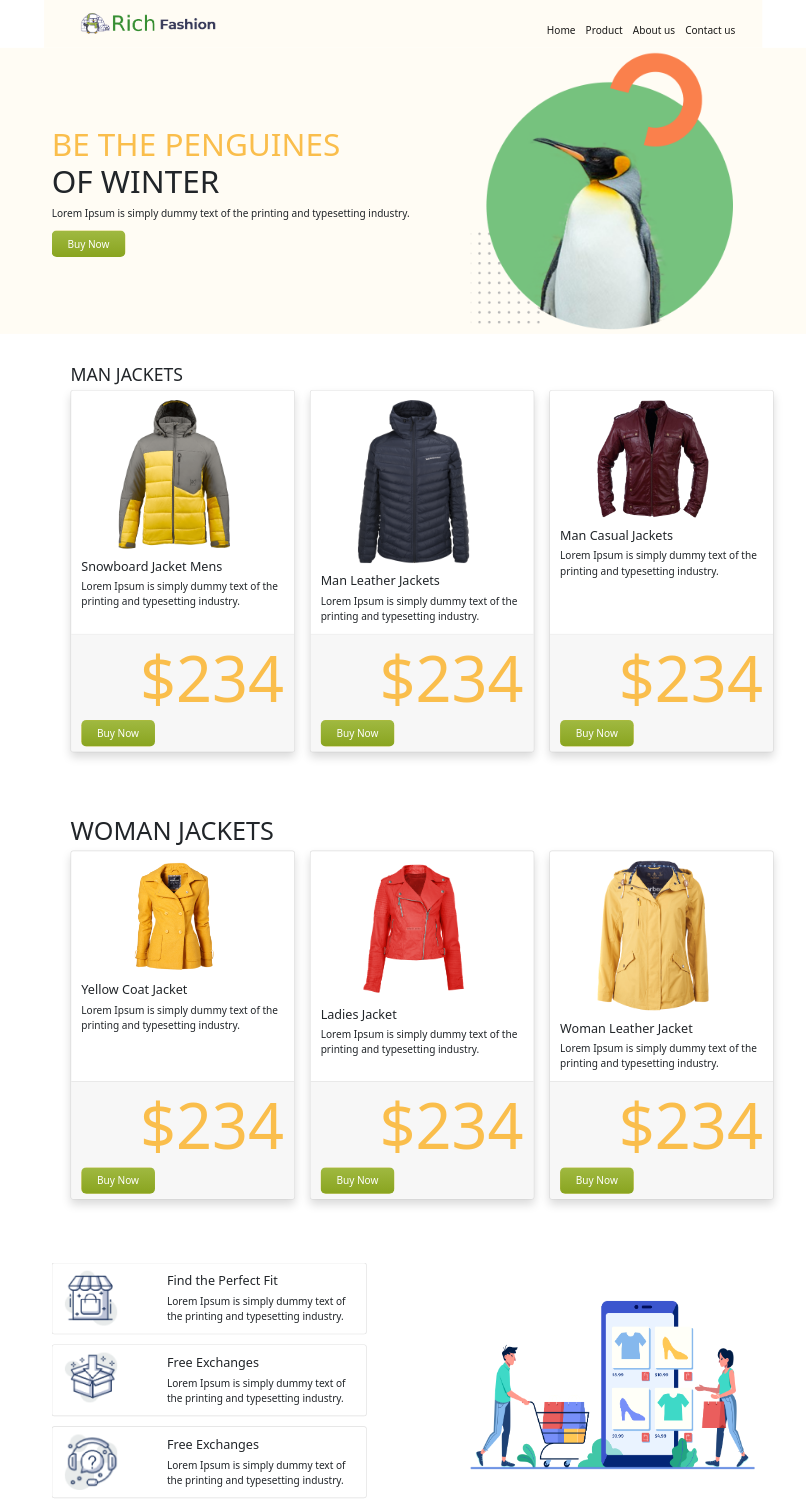
Repository: sabbircse3/fashion
Page: index.html
An editor plug-in stored every save of this project. The page is shown before and after the next save, followed by the edit.
The browser window is 1280 px wide. The pictures show the whole page, at 63% of full size.

Above is the page before, as saved 2021-01-14 04:15:53.

### index.html
<!DOCTYPE html>
<html lang="en">
<head>
    <meta charset="UTF-8">
    <meta name="viewport" content="width=device-width, initial-scale=1.0">
    <title>Rich Fashion</title>

    <link rel="stylesheet" href="css/bootstrap.min.css">
    <style>
        .bg{
            background-color: #fffbf0be;
        }
        #hmenu{
            margin: 20px 0px 0px 500px;
        }
        .half-width{
            width: 35%;
            float: left;
            margin-left: 9%;
            padding-left: 2%;
        }
        .half-width h1{
            margin-top: 150px;
        }
        .half-width img{
            width: 100%;
        }

        h1{
            font-size: 50px;
        }
        h2{
            font-size: 40px;
        }
        .name-highlight{
            color: #FABE4C;
        }
        .names{
            margin:0px 0px 100px 100px;
            position: relative;
            background-color: white;
        }
        .secound{


        }
        .secound-img{
            image-orientation: inherit;

        }
        .h-100 {
    height: 100%!important;
}
.center{
    display: block;
    margin-left:75px;
    margin-top: 15px;
    width: 50%;
}
.img-card-icon{
    margin-left: 20px;
    width: 50%;
    margin-top: 12px;
}
.btn{
    background-image: linear-gradient(to bottom, #A0B941 0%, #89A41F 100%);
    color: #fff;
    border: none;
    border-radius: 8px;
    padding: 9px 25px;
    cursor: pointer;
}
h4{
    position: relative;
    float: right;
    font-size: 100px;
    color: #FABE4C;
}

    </style>
</head>
<body>
    <header class="container bg">

        <nav class="navbar navbar-expand-lg navbar-light ">
            <div class="container-fluid">

              <a class="navbar-brand" href="#"><img src="images/Group 33072.png" alt="" width="250px"></a>

              <button class="navbar-toggler" type="button" data-bs-toggle="collapse" data-bs-target="#navbarNavAltMarkup" aria-controls="navbarNavAltMarkup" aria-expanded="false" aria-label="Toggle navigation">
                <span class="navbar-toggler-icon"></span>
              </button>

              <div class="collapse navbar-collapse hmenu"navbarNavAltMarkup">

                <div  class="navbar-nav" id="hmenu" >
                  <a class="nav-link active" aria-current="page" href="#">Home</a>
                  <a class="nav-link active" href="#">Product</a>
                  <a class="nav-link active" href="#">About us</a>
                  <a class="nav-link active" href="#" tabindex="-1" aria-disabled="true">Contact us</a>
                </div>
              </div>
            </div>
          </nav>
    </header>


    <section class="bg">
    <div class="container ">
        <div id="carouselExampleControls" class="carousel slide orange-bg" data-ride="carousel">
            <div class="carousel-inner">
              <div class="carousel-item active">
                <div class="row align-items-center">
                    <div class="col-md-7">
                        <h1><span class="name-highlight">BE THE PENGUINES <br></span>OF WINTER</h1>
                        <p>Lorem Ipsum is simply dummy text of the printing and typesetting industry.</p>
                        <button class="btn btn-warning">Buy Now</button>
                    </div>
                    <div class="col-md-5">
                        <img src="images/penguin.png" class="d-block w-100" alt="...">
                    </div>
                </div>



            </div>

          </div>
    </div>
</section>

    <section class="mt-5 names container">
        <h3>MAN JACKETS</h3>
        <div class="row row-cols-1 row-cols-md-3 g-4">
            <div class="col">
                <div class="card h-100 shadow">
                    <img src="images/image 11.png" class="card-img-top center" alt="...">
                    <div class="card-body">
                        <h5 class="card-title">Snowboard Jacket Mens</h5>
                        <p class="card-text">Lorem Ipsum is simply dummy text of the printing and typesetting industry.</p>
                    </div>
                    <div class="card-footer">
                        <h4>$234</h4>
                        <button class="btn btn-warning">Buy Now</button>
                    </div>
                </div>
            </div>
            <div class="col">
                <div class="card h-100 shadow">
                    <img src="images/toppng 1.png" class="card-img-top center" alt="...">
                    <div class="card-body">
                        <h5 class="card-title">Man Leather Jackets</h5>
                        <p class="card-text">Lorem Ipsum is simply dummy text of the printing and typesetting industry.</p>
                    </div>
                    <div class="card-footer">
                        <h4>$234</h4>
                        <button class="btn btn-warning">Buy Now</button>
                    </div>
                </div>
            </div>
            <div class="col">
                <div class="card h-100 shadow">
                    <img src="images/vippng 1.png" class="card-img-top center" alt="...">
                    <div class="card-body">
                        <h5 class="card-title">Man Casual Jackets</h5>
                        <p class="card-text">Lorem Ipsum is simply dummy text of the printing and typesetting industry.</p>
                    </div>
                    <div class="card-footer">
                        <h4>$234</h4>
                        <button class="btn btn-warning">Buy Now</button>
                    </div>
                </div>
            </div>
        </div>
    </section>

    <section class="mt-5 names container">
        <h2>WOMAN JACKETS</h2>
        <div class="row row-cols-1 row-cols-md-3 g-4">
            <div class="col">
                <div class="card h-100 shadow">
                    <img src="images/SeekPng 1.png" class="card-img-top center" alt="...">
                    <div class="card-body">
                        <h5 class="card-title">Yellow Coat Jacket</h5>
                        <p class="card-text">Lorem Ipsum is simply dummy text of the printing and typesetting industry.</p>
                    </div>
                    <div class="card-footer">
                        <h4>$234</h4>
                        <button class="btn btn-warning">Buy Now</button>
                    </div>
                </div>
            </div>
            <div class="col">
                <div class="card h-100 shadow">
                    <img src="images/image 15.png" class="card-img-top center" alt="...">
                    <div class="card-body">
                        <h5 class="card-title">Ladies Jacket</h5>
                        <p class="card-text">Lorem Ipsum is simply dummy text of the printing and typesetting industry.</p>
                    </div>
                    <div class="card-footer">
                        <h4>$234</h4>
                        <button class="btn btn-warning">Buy Now</button>
                    </div>
                </div>
            </div>
            <div class="col">
                <div class="card h-100 shadow">
                    <img src="images/PngItem_2597366 1.png" class="card-img-top center" alt="...">
                    <div class="card-body">
                        <h5 class="card-title">Woman Leather Jacket</h5>
                        <p class="card-text">Lorem Ipsum is simply dummy text of the printing and typesetting industry.</p>
                    </div>
                    <div class="card-footer">
                        <h4>$234</h4>
                        <button class="btn btn-warning">Buy Now</button>
                    </div>
                </div>
            </div>
        </div>
    </section>

    <section>
        <div class="container ">
            <div id="carouselExampleControls" class="carousel slide orange-bg" data-ride="carousel">
                <div class="carousel-inner">
                  <div class="carousel-item active">
                    <div class="row align-items-center">
                        <div class="col-md-7">
                            <div class="card mb-3" style="max-width: 500px;">
                                <div class="row g-0">
                                  <div class="col-md-4">
                                    <img src="images/image 12.png" alt="..." width="80px" class="img-card-icon">
                                  </div>
                                  <div class="col-md-8">
                                    <div class="card-body">
                                      <h5 class="card-title">Find the Perfect Fit
                                    </h5>
                                      <p class="card-text">Lorem Ipsum is simply dummy text of the printing and typesetting industry.</p>

                                    </div>
                                  </div>
                                </div>
                              </div>
                              <div class="card mb-3" style="max-width: 500px;">
                                <div class="row g-0">
                                  <div class="col-md-4">
                                    <img src="images/image 13.png" alt="..." width="80px" class="img-card-icon">
                                  </div>
                                  <div class="col-md-8">
                                    <div class="card-body">
                                      <h5 class="card-title">Free Exchanges</h5>
                                      <p class="card-text">Lorem Ipsum is simply dummy text of the printing and typesetting industry.</p>
                                    </div>
                                  </div>
                                </div>
                              </div>
                              <div class="card mb-3" style="max-width: 500px;">
                                <div class="row g-0">
                                  <div class="col-md-4">
                                    <img src="images/image 14.png" alt="..." width="80px" class="img-card-icon">
                                  </div>
                                  <div class="col-md-8">
                                    <div class="card-body">
                                      <h5 class="card-title">Free Exchanges</h5>
                                      <p class="card-text">Lorem Ipsum is simply dummy text of the printing and typesetting industry.</p>

                                    </div>
                                  </div>
                                </div>
                              </div>
                        </div>
                        <div class="col-md-5">
                            <img src="images/XMLID 1.png" class="d-block w-100" alt="...">
                        </div>
                    </div>
                </div>
              </div>
        </div>
    </section>

    <script src="js/bootstrap.min.js"></script>
</body>
</html>

Loaded but not shown: css/bootstrap.min.css (library); js/bootstrap.min.js (library)

After the next save:
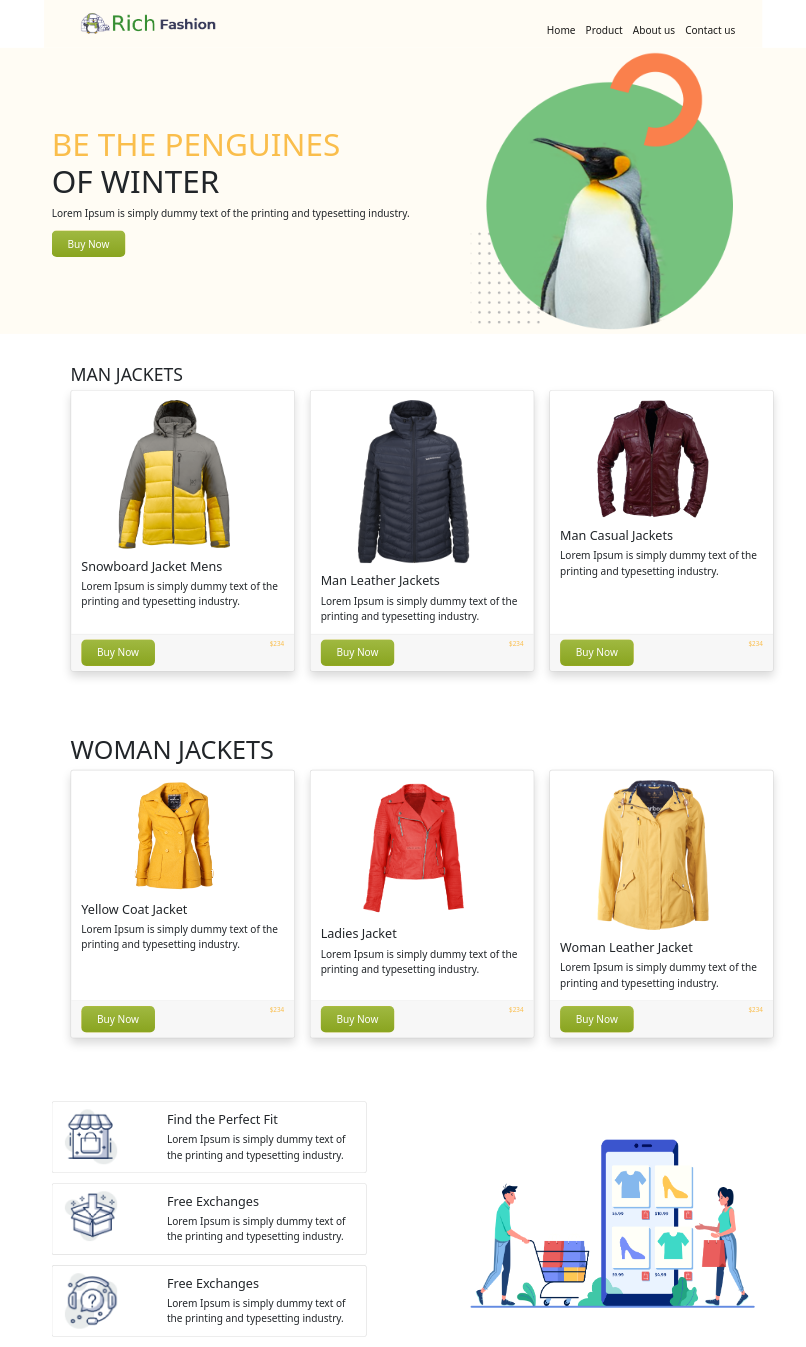
Saved 5 s later.
--- a/index.html
+++ b/index.html
@@ -73,7 +73,7 @@
 h4{
     position: relative;
     float: right;
-    font-size: 100px;
+    font-size: 10px;
     color: #FABE4C;
 }
 
